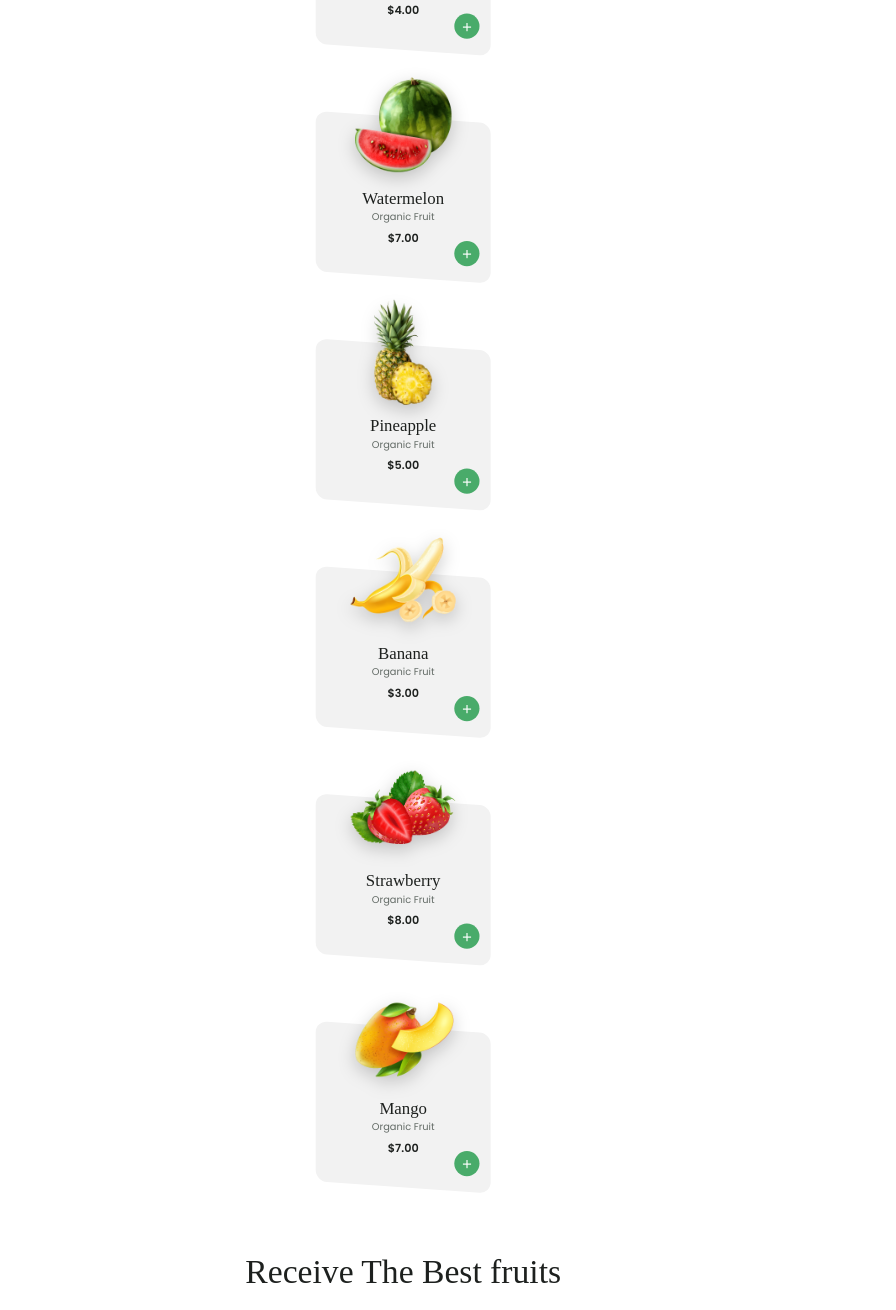
Repository: dinhhaidh/fruit
Page: index.html
The author's editor kept a copy of each file at every save. The page is drawn from the files as they stood at one save, then again after the next save.
The browser window is 1280 px wide. The pictures show the part of the page from y = 2796 to 4716 px (the page is 4668 px tall before and 4716 px after), at 70% of full size.
Some web fonts or font styles are not loaded; a fallback is used.

Above is the page before, as saved 2024-02-19 09:41:25.
Console error: ReferenceError: ScrollReveal is not defined

After the next save:
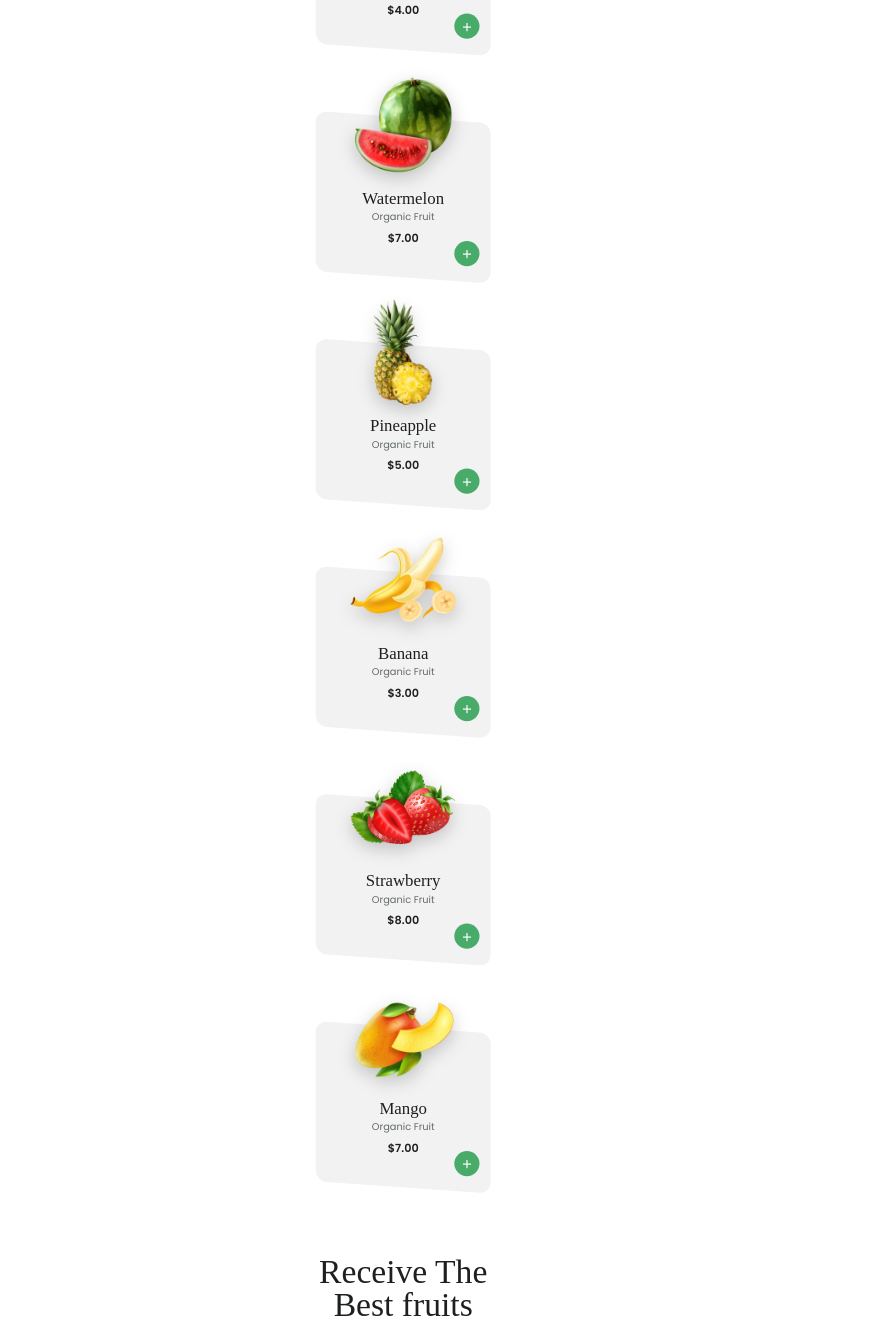
Saved 5 s later.
--- a/index.html
+++ b/index.html
@@ -207,7 +207,7 @@
             <div class="join__container container grid">
                 <div class="join__content grid">
                     <div class="join__data">
-                        <h2 class="section__title">Receive The
+                        <h2 class="section__title">Receive The <br>
                             Best fruits</h2>
                     </div>
                 </div>
